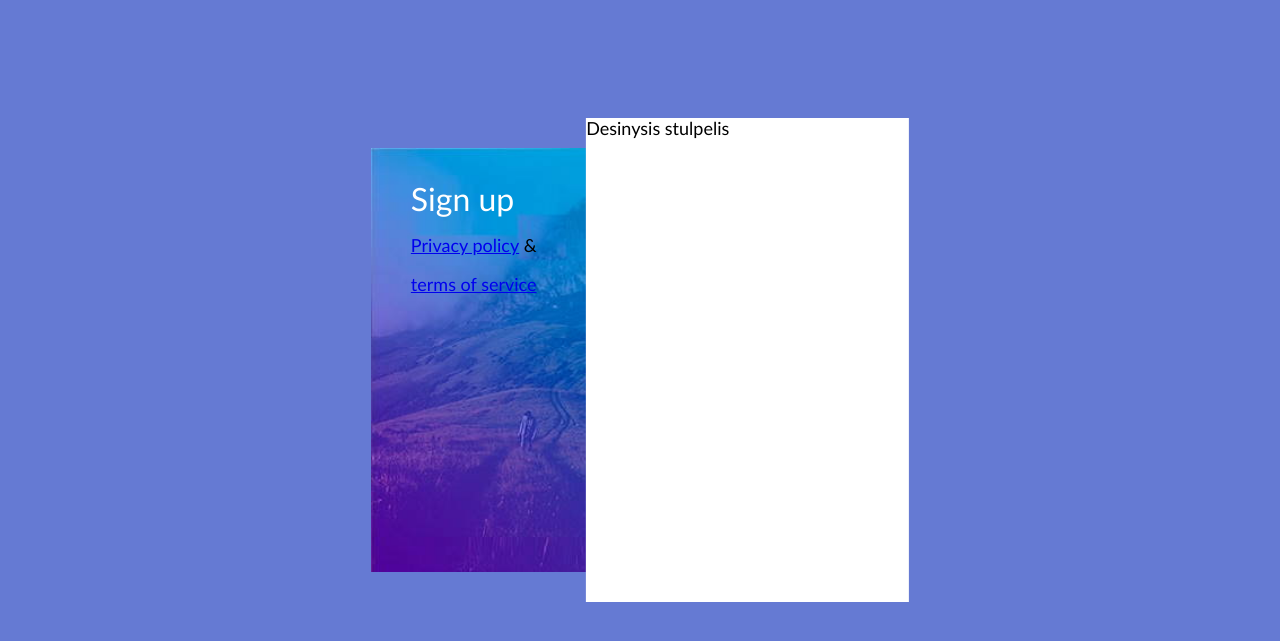
Repository: motiejus1/11-paskaita-adobexd-registracija
Page: index.html
The author's editor kept a copy of each file at every save. The page is drawn from the files as they stood at one save, then again after a run of saves.
The browser window is 1280 px wide. The pictures show the whole page.

Above is the page before, as saved 2021-06-17 19:13:10.

### index.html
<!DOCTYPE html>
<html lang="en">
<head>
    <meta charset="UTF-8">
    <meta http-equiv="X-UA-Compatible" content="IE=edge">
    <meta name="viewport" content="width=device-width, initial-scale=1.0">
    <title>Registracija</title>
    <style>
        html {
            font-size: 18px;
        }

        body {
            max-width: 1920px;
            background-color: #657AD3;
            font: normal normal normal 1rem/1.1667rem Gill Sans MT;
        }

        .container {
            width: 42.05%;
            position: absolute;
            top: 50%;
            left: 50%;
            transform: translate(-50%, -50%);
        }

        .left-column, .right-column {
            float:left;
            height: 26.8889rem;
        }

        .left-column {
            background-color: transparent;
            width: 40%;

        }

        .right-column {
            width: 60%;
            background-color: #fff;
        }

        .left-column-container {
            margin-top: 1.6667rem;
            height: 23.5556rem;
            background-color: #fff;
            background: transparent url('img/mountain.png') 0% 0% no-repeat padding-box;
            background-size: cover;
            padding-left: 2.2222rem;

        }

        h1 {
            font: normal normal normal 1.7778rem/2.0556rem Gill Sans MT;
            color: #FFFFFF;
            margin: 0;
            padding-top: 32px;
        }


        .links {
            /* position: absolute; */
        }

        .links a, .links p {
            display: inline-block;
        }

    </style>

</head>
<body>

    <div class="container">

        <div class="left-column">
            <div class="left-column-container">
                <h1>Sign up</h1>

                <div class="links">
                    <a href="#">Privacy policy</a>
                    <p>&</p>
                    <a href="#">terms of service</a>
                </div>
            </div>
        </div>
        <div class="right-column">Desinysis stulpelis</div>
    </div>

</body>
</html>

After the next 2 saves:
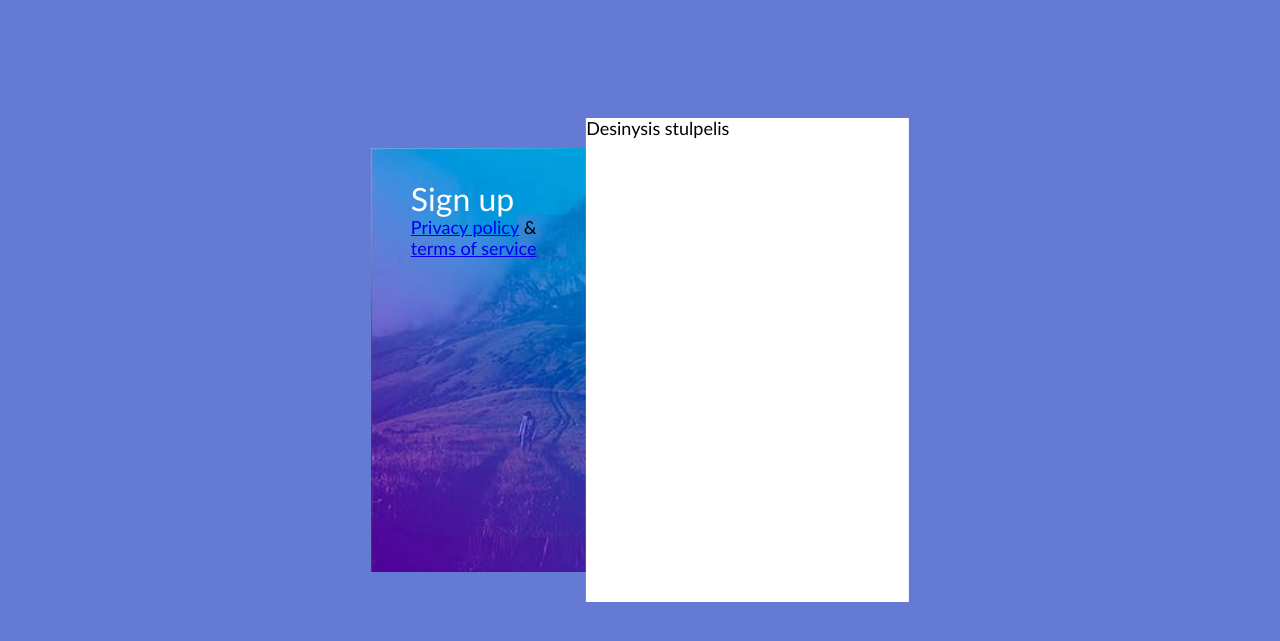
The 2 saves are shown as one change because they came seconds apart.
The last was saved 51 s later.
--- a/index.html
+++ b/index.html
@@ -66,6 +66,10 @@
             display: inline-block;
         }
 
+        .links p {
+            margin: 0;
+        }
+
     </style>
 
 </head>
